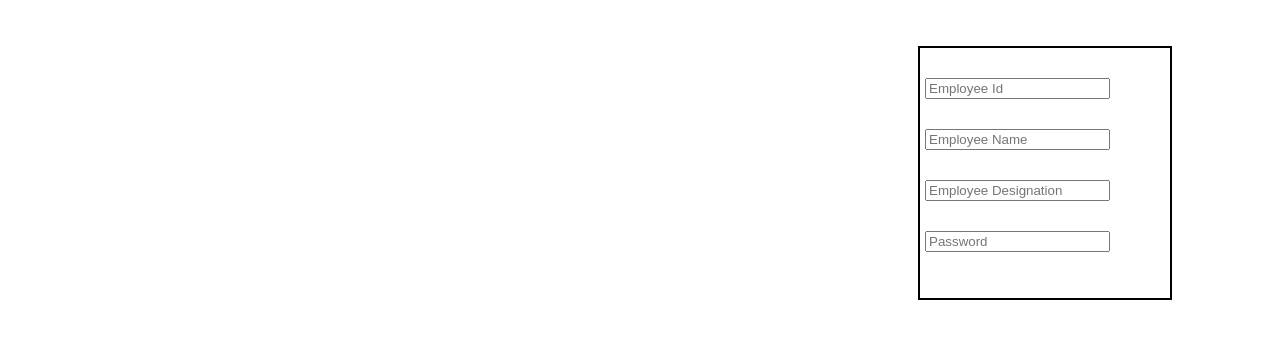
Repository: robin9533/Basic-Programs-App.
Page: GW-Genial Work Proj/GT_GenialToil/WebContent/EmployeeSignup.html
The author's editor kept a copy of each file at every save. The page is drawn from the files as they stood at one save, then again after the next save.
The browser window is 1280 px wide. The pictures show the whole page.

Above is the page before, as saved 2019-05-10 06:44:58.

### GW-Genial Work Proj/GT_GenialToil/WebContent/EmployeeSignup.html
<!DOCTYPE html>
<html>
<head>
<meta charset="ISO-8859-1">
<title>Employee Registration Form </title>
<link rel="Stylesheet" type="text/css" href="EmployeeSignup.css">
</head>
<body>
<br>

<div class ="registrationblock">

<Form>

<input type = "text" name="empId" placeholder="Employee Id"><br>
<input type ="text" name="empName" placeholder="Employee Name"><br>
<input type ="text" name = "empDes" placeholder="Employee Designation"><br>
<input type = "password" name = "empPass" placeholder="Password">

</Form>
</div>

</body>
</html>

### GW-Genial Work Proj/GT_GenialToil/WebContent/EmployeeSignup.css
@charset "ISO-8859-1";

.registrationblock {
	height:250px;
	width: 250px;
	float:right;
	border:2px solid black;
	margin-top: 20px;
	margin-right: 100px
}
.registrationblock input{
	margin-top: 30px;
	margin-left:5px;
	border-radius:none;
}

After the next save:
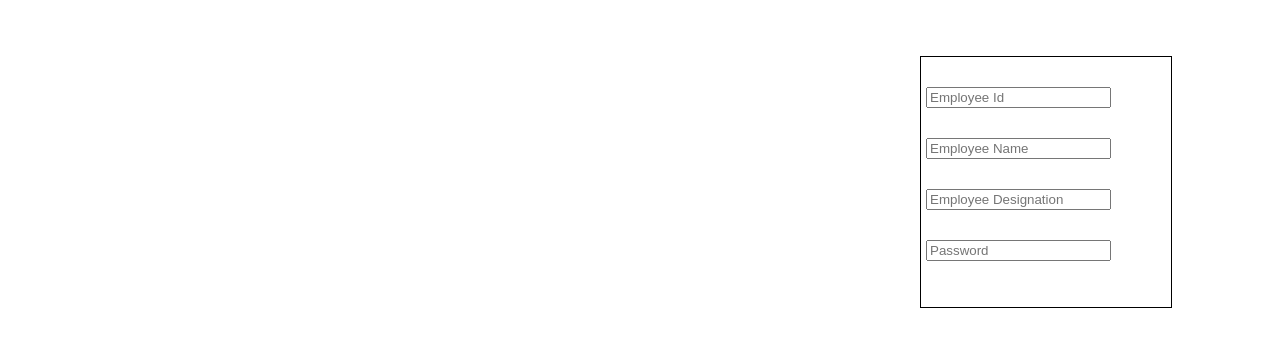
Saved 2 min 3 s later.
--- a/GW-Genial Work Proj/GT_GenialToil/WebContent/EmployeeSignup.css
+++ b/GW-Genial Work Proj/GT_GenialToil/WebContent/EmployeeSignup.css
@@ -4,8 +4,8 @@
 	height:250px;
 	width: 250px;
 	float:right;
-	border:2px solid black;
-	margin-top: 20px;
+	border:1px solid black;
+	margin-top: 30px;
 	margin-right: 100px
 }
 .registrationblock input{
